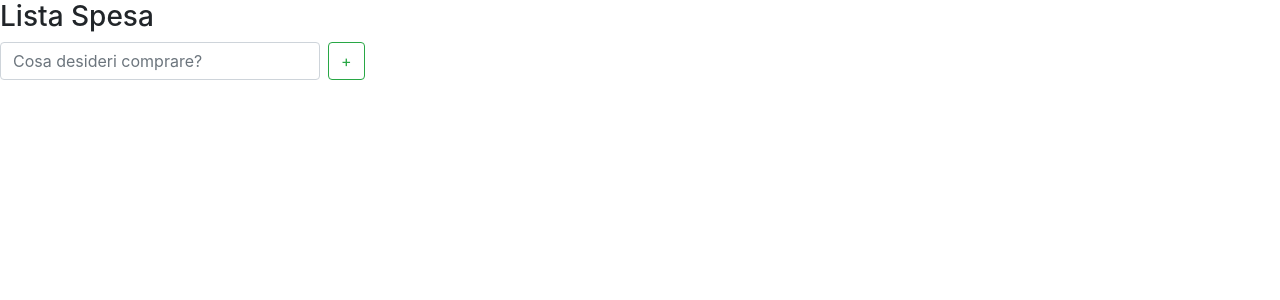
Repository: andreadipilato/TodoList
Page: /
An editor plug-in stored every save of this project. The page is shown before and after the next save, followed by the edit.
The browser window is 1280 px wide. The pictures show the whole page.
The project was rebuilt for these pictures with package versions that can differ from the ones it lists, and the page was loaded fresh each time. Also part of the build but not shown: src/App.css.

Above is the page before, as saved 2020-12-04 15:56:37.

After the next save:
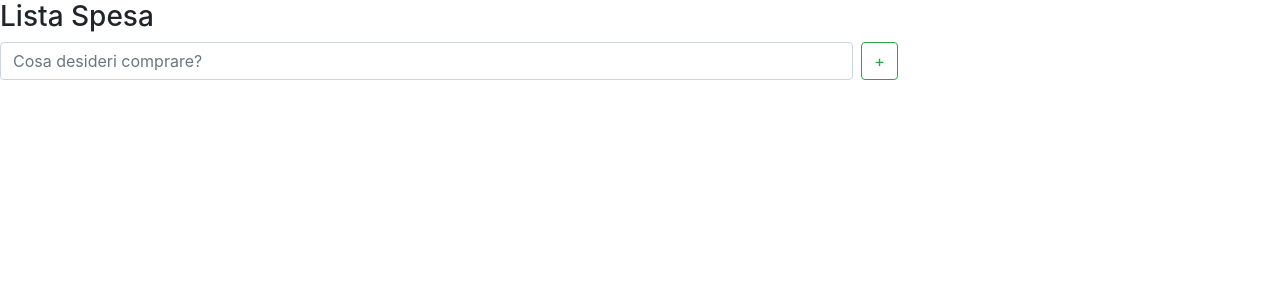
Saved 4 s later.
--- a/src/Cerca.js
+++ b/src/Cerca.js
@@ -9,7 +9,7 @@
         return (
                 <form className = "form-inline" onSubmit = {this.addElement}>
                     <input
-                        className = "form-control col-sm-3 mr-sm-2"
+                        className = "form-control col-sm-8 mr-sm-2"
                         type = "text"
                         placeholder = "Cosa desideri comprare?"
                         aria-label = "Search"
